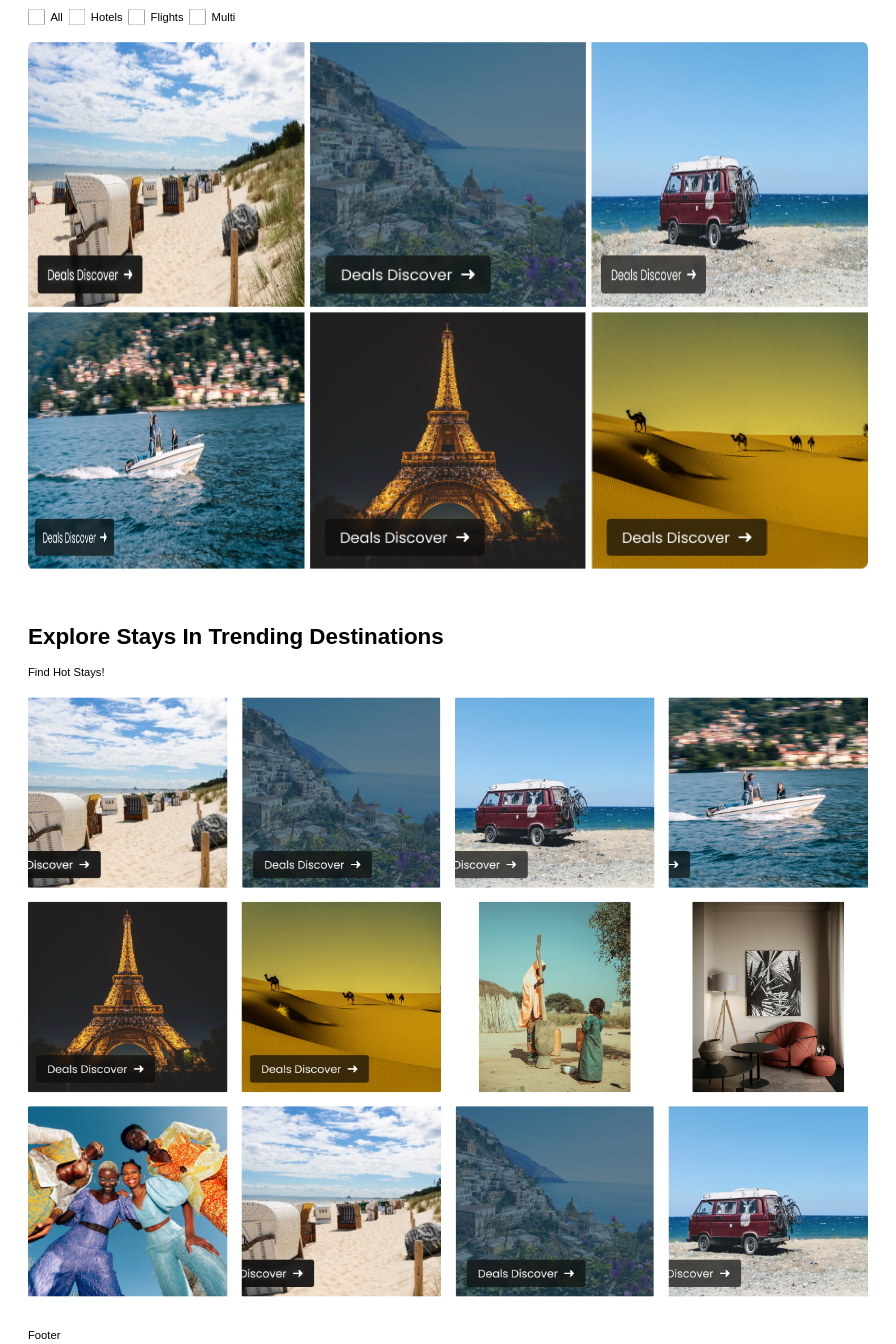
Repository: Quynhhuong150322/DIKO_STUDY_TRAVEL_WEB
Page: /
An editor plug-in stored every save of this project. The page is shown before and after the next save, followed by the edit.
The browser window is 1280 px wide. The pictures show the part of the page from y = 696 to 2616 px (the page is 2616 px tall), at 70% of full size.
The project was rebuilt for these pictures with package versions that can differ from the ones it lists, and the page was loaded fresh each time. Also part of the build but not shown: src/components/Login.js, src/components/Register.js. Imported but missing from the stored project, and not drawn on this page: src/redux/slices/authSlice.

Above is the page before, as saved 2024-02-23 11:17:13.

After the next save:
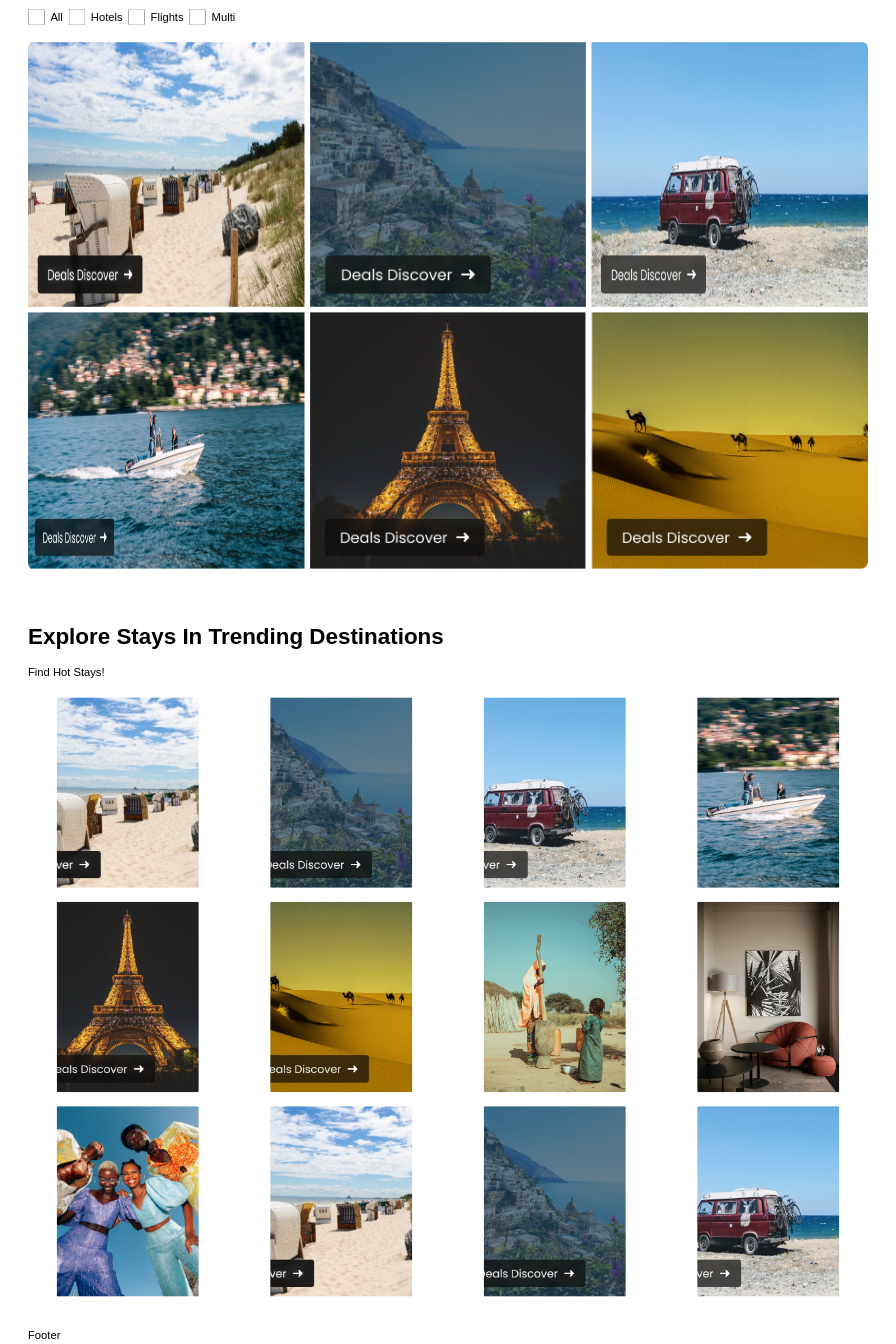
Saved 16 s later.
--- a/src/pages/LangdingPage/Langding.js
+++ b/src/pages/LangdingPage/Langding.js
@@ -245,7 +245,7 @@ const Langding = () => {
           {
             ListCard.map((data) => (
               <div className=''>
-                <img src={data.img} alt="" className='h-[272px] w-150px] object-cover rounded-sm' />
+                <img src={data.img} alt="" className='h-[272px] w-[203px] object-cover rounded-sm' />
               </div>
             ))
           }
